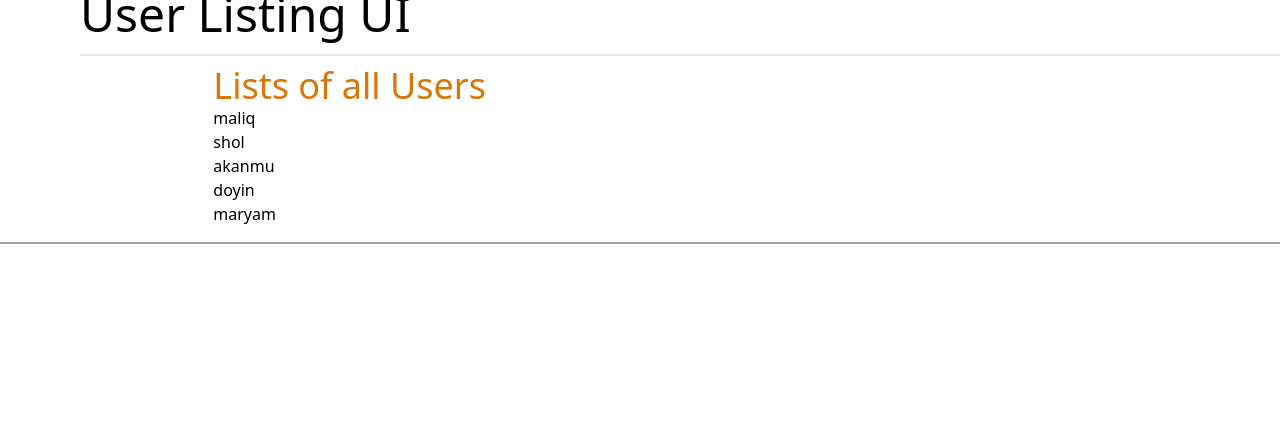
Repository: Marlstergo/listings
Page: / (app in client/)
An editor plug-in stored every save of this project. The page is shown before and after the next save, followed by the edit.
The browser window is 1280 px wide. The pictures show the whole page.
The project was rebuilt for these pictures with package versions that can differ from the ones it lists, and the page was loaded fresh each time. Also part of the build but not shown: client/craco.config.js, client/src/components/Loader.js, client/src/components/Order.js, client/src/components/Modal.js. Imported but missing from the stored project, and not drawn on this page: client/src/components/Base, client/src/components/Toppings.

Above is the page before, as saved 2021-07-20 23:38:18.

After the next save:
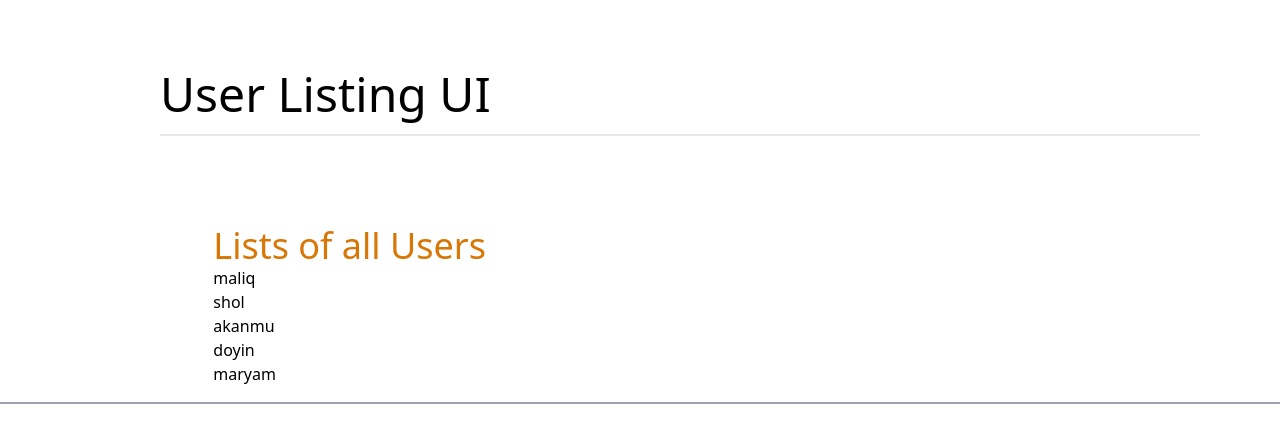
Saved 16 s later.
--- a/client/src/components/Header.js
+++ b/client/src/components/Header.js
@@ -27,7 +27,7 @@ const pathVariants = {
 
 const Header = () => {
   return (
-    <header className='flex p-[40px]  items-center'>
+    <header className='flex p-20  items-center'>
       <motion.div className="logo"
         drag
         dragConstraints={{ left: 0, top: 0, right: 0, bottom: 0 }}
